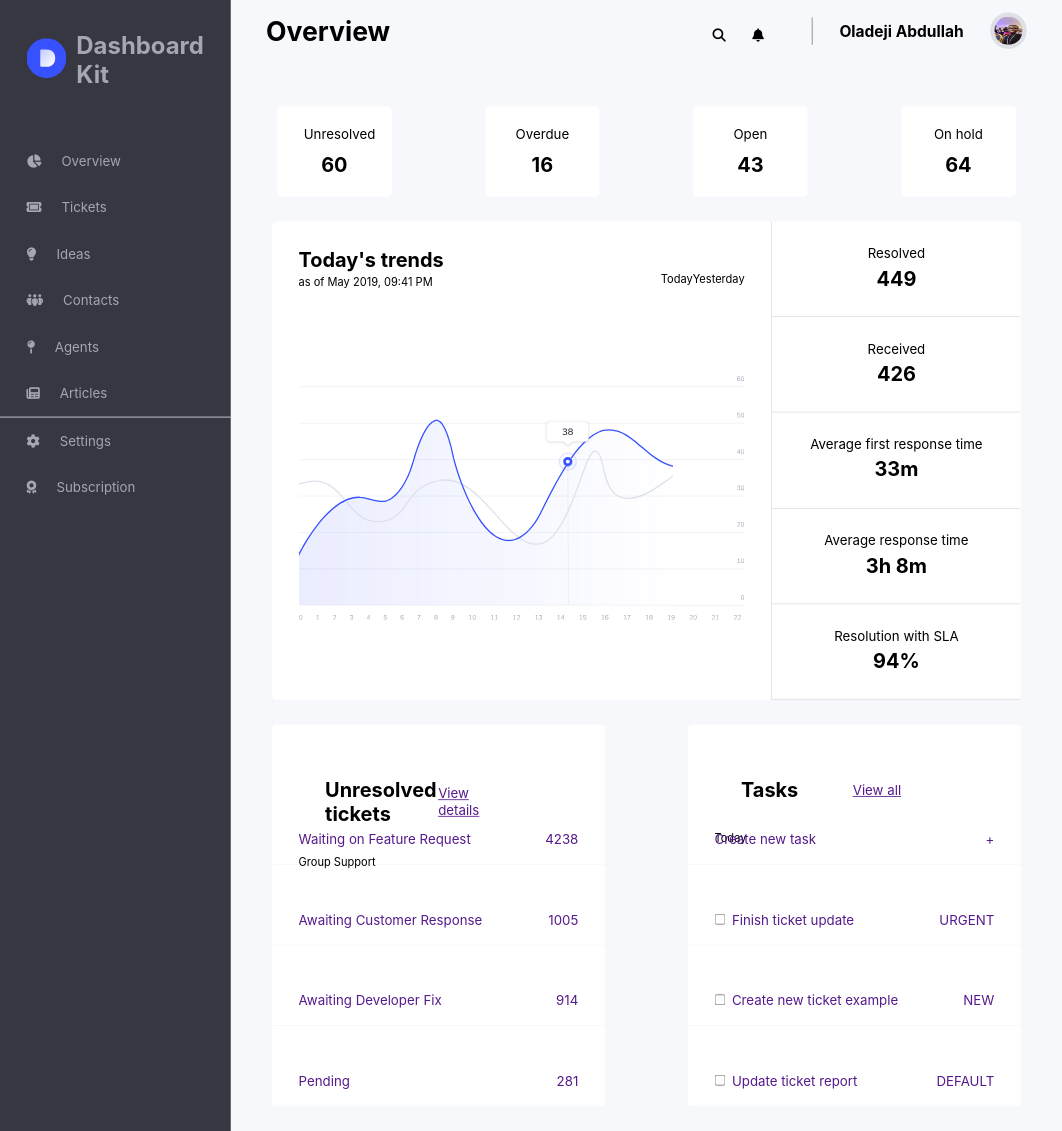
Repository: BuduCE/dashboard
Page: /
The author's editor kept a copy of each file at every save. The page is drawn from the files as they stood at one save, then again after a run of saves.
The browser window is 1280 px wide. The pictures show the whole page, at 83% of full size.
Some web libraries are served in a nearby version. The project was rebuilt for these pictures with package versions that can differ from the ones it lists, and the page was loaded fresh each time. Also part of the build but not shown: src/pages/Tickets/index.jsx, src/components/common/Logo/styles.css.

Above is the page before, as saved 2022-08-06 00:19:13.

### public/index.html
<!DOCTYPE html>
<html lang="en">
  <head>
    <meta charset="utf-8" />
    <link rel="icon" href="%PUBLIC_URL%/favicon.ico" />
    <meta name="viewport" content="width=device-width, initial-scale=1" />
    <meta name="theme-color" content="#000000" />
    <meta
      name="description"
      content="Web site created using create-react-app"
    />
    <link rel="apple-touch-icon" href="%PUBLIC_URL%/logo192.png" />
    <!--
      manifest.json provides metadata used when your web app is installed on a
      user's mobile device or desktop. See https://developers.google.com/web/fundamentals/web-app-manifest/
    -->
    <link rel="manifest" href="%PUBLIC_URL%/manifest.json" />
    <!--
      Notice the use of %PUBLIC_URL% in the tags above.
      It will be replaced with the URL of the `public` folder during the build.
      Only files inside the `public` folder can be referenced from the HTML.

      Unlike "/favicon.ico" or "favicon.ico", "%PUBLIC_URL%/favicon.ico" will
      work correctly both with client-side routing and a non-root public URL.
      Learn how to configure a non-root public URL by running `npm run build`.
    -->

    <!-- Font-Awesome  -->
    <link
      rel="stylesheet" href="https://cdnjs.cloudflare.com/ajax/libs/font-awesome/6.1.1/css/all.min.css" integrity="sha512-KfkfwYDsLkIlwQp6LFnl8zNdLGxu9YAA1QvwINks4PhcElQSvqcyVLLD9aMhXd13uQjoXtEKNosOWaZqXgel0g==" crossorigin="anonymous" referrerpolicy="no-referrer"
    />
    <title>Admin Dashboard</title>
  </head>
  <body>
    <noscript>You need to enable JavaScript to run this app.</noscript>
    <div id="root"></div>
    <!--
      This HTML file is a template.
      If you open it directly in the browser, you will see an empty page.

      You can add webfonts, meta tags, or analytics to this file.
      The build step will place the bundled scripts into the <body> tag.

      To begin the development, run `npm start` or `yarn start`.
      To create a production bundle, use `npm run build` or `yarn build`.
    -->
  </body>
</html>

### src/index.css
* {
  margin: 0;
  padding: 0;
  box-sizing: border-box;
}
body {
  margin: 0;
  font-family: -apple-system, BlinkMacSystemFont, 'Segoe UI', 'Roboto', 'Oxygen',
    'Ubuntu', 'Cantarell', 'Fira Sans', 'Droid Sans', 'Helvetica Neue',
    sans-serif;
  -webkit-font-smoothing: antialiased;
  -moz-osx-font-smoothing: grayscale;
  background: rgba(54, 55, 64, 1);
}

code {
  font-family: source-code-pro, Menlo, Monaco, Consolas, 'Courier New',
    monospace;
}

### src/App.js
import './App.css';
// import Overview from './pages/Overview';
// import Header from './components/common/Header';
import Sidenav from './components/common/SideNav';
// import Login from './pages/Login';

function App() {
  return (
    <div className="App">
      <Sidenav />
      {/* <Login /> */}
    </div>
  );
}

export default App;

### src/components/common/SideNav/index.jsx
import React from 'react'
import Overview from '../../../pages/Overview'
import Tickets from '../../../pages/Tickets'
import Header from '../Header'
import Logo from '../Logo'
import './styles.css'

const Sidenav = () => {
  return (
    <div className='dashboard'>
        <div className="navbar">
            <div className="logo">
                <Logo />
                <h1>Dashboard Kit</h1>
            </div>
            <div className="heading">
                <i className='fas fa-chart-pie'></i>
                <p>Overview</p>
            </div>
            <div className="heading">
                <i className='fas fa-ticket'></i>
                <p>Tickets</p>
            </div>
            <div className="heading">
                <i className='fas fa-lightbulb'></i>
                <p>Ideas</p>
            </div>
            <div className="heading">
                <i className='fas fa-people-group'></i>
                <p>Contacts</p>
            </div>
            <div className="heading">
                <i className='fas fa-map-pin'></i>
                <p>Agents</p>
            </div>
            <div className="heading divider">
                <i className='fas fa-newspaper'></i>
                <p>Articles</p>
            </div>
            <div className="heading">
                <i className='fas fa-gear'></i>
                <p>Settings</p>
            </div>
            <div className="heading">
                <i className='fas fa-award'></i>
                <p>Subscription</p>
            </div>

        </div>
        <div className="info">
            {/* <Header /> */}
            <Overview />
            {/* <Tickets /> */}
        </div>
    </div>
  )
}

export default Sidenav

### src/pages/Overview/index.jsx
import React from 'react'
import './styles.css'
import TrendMap from './graph.svg'
import Header from '../../components/common/Header'

const Overview = () => {
  return (
    <>
        <Header />
        <div className='overview_pg'>
            {/* Specific status */}
            <div className="overview_stat">
                <div className="overview_info">
                    <p>Unresolved</p>
                    <h2>60</h2>
                </div>
                <div className="overview_info">
                    <p>Overdue</p>
                    <h2>16</h2>
                </div>
                <div className="overview_info">
                    <p>Open</p>
                    <h2>43</h2>
                </div>
                <div className="overview_info">
                    <p>On hold</p>
                    <h2>64</h2>
                </div>
            </div>

            {/* Today's trend */}
            <div className="trends">
                <div className="trends_head">
                    <div className="trends_headT">
                        <div className="trend_title">
                            <h2>Today's trends</h2>
                        </div>
                        <div className="trend_title_stat">
                            <div className="trend_date">
                                <small>as of May 2019, 09:41 PM</small>
                            </div>
                            <div className="trend_day">
                                <small>Today</small>
                                <small>Yesterday</small>
                            </div>
                        </div>
                    </div>

                    <div className="trends_headB">
                        <img src={TrendMap} alt="Trend Chart" />
                    </div>
                </div>

                <div className="trends_summary">
                    <div className="summary_type">
                        <p>Resolved</p>
                        <h2>449</h2>
                    </div>
                    <div className="summary_type">
                        <p>Received</p>
                        <h2>426</h2>
                    </div>
                    <div className="summary_type">
                        <p>Average first response time</p>
                        <h2>33m</h2>
                    </div>
                    <div className="summary_type">
                        <p>Average response time</p>
                        <h2>3h 8m</h2>
                    </div>
                    <div className="summary_type">
                        <p>Resolution with SLA</p>
                        <h2>94%</h2>
                    </div>
                </div>
            </div>

            <div className="ticket_n_task">
                <div className="ticket">
                    <div className="ticket_head">
                        <div className="ticket_title">
                            <h2>Unresolved tickets</h2>
                            <a href="">View details</a>
                        </div>
                        <small>Group Support</small>
                    </div>
                    <div className="ticket_list">
                        <a href="">
                            <p>Waiting on Feature Request</p>
                            <p>4238</p>
                        </a>
                        <a href="">
                            <p>Awaiting Customer Response</p>
                            <p>1005</p>
                        </a>
                        <a href="">
                            <p>Awaiting Developer Fix</p>
                            <p>914</p>
                        </a>
                        <a href="">
                            <p>Pending</p>
                            <p>281</p>
                        </a>
                    </div>
                </div>

                <div className="task">
                    <div className="ticket_head">
                        <div className="ticket_title">
                            <h2>Tasks</h2>
                            <a href="">View all</a>
                        </div>
                        <small>Today</small>
                    </div>

                    <div className="ticket_list">
                        <a href="">
                            <p>Create new task</p>
                            <p>+</p>
                        </a>
                        <a href="">
                            <div className='task_todo'>
                                <input type="checkbox" name="" id="" />
                                <label htmlFor="">Finish ticket update</label>
                            </div>

                            <p>URGENT</p>
                        </a>
                        <a href="">
                            <div className='task_todo'>
                                <input type="checkbox" name="" id="" />
                                <label htmlFor="">Create new ticket example</label>
                            </div>

                            <p>NEW</p>
                        </a>
                        <a href="">
                            <div className='task_todo'>
                                <input type="checkbox" name="" id="check" />
                                <label htmlFor="">Update ticket report</label>
                            </div>

                            <p>DEFAULT</p>
                        </a>
                    </div>
                </div>
            </div>
        </div>
    </>
  )
}

export default Overview

### src/components/common/Header/index.jsx
import React from 'react'
import './styles.css'
import budu from './budu.jpg'

const Header = () => {
  return (
    <div className='head_er'>
        <div className="headerL">
            <h1>Overview</h1>
        </div>
        <div className="headerR">
            <i className='fas fa-magnifying-glass icon'></i>
            <i className='fas fa-bell icon bell'></i>
            <h3>Oladeji Abdullah</h3>
            <img src={budu} alt="" />
        </div>
    </div>
  )
}

export default Header

### src/components/common/Logo/index.jsx
import React from 'react'
import companyLogo from './logo.svg'
import './styles.css'

const Logo = () => {
  return (
    <div className='logo_icon'>
        <img src={companyLogo} alt="" />
    </div>
  )
}

export default Logo

### src/components/common/SideNav/styles.css
.dashboard{
    display: grid;
    grid-template-columns: 1fr 5fr;
}
.navbar{
    padding: 37px 0;
    color: #A4A6B3;
}
.logo{
    display: flex;
    padding: 0 32px;
    padding-bottom: 59px;
    align-items: center;
}
.logo h1{
    margin-left: 12px;
    font-size: 1.8rem;
}
.heading{
    width: 100%;
    display: flex;
    padding: 18px 32px;
    align-items: center;
}
.heading p{
    margin-left: 24px;
}
.heading:hover{
    border-left: 1px solid #DDE2FF;
    color: #DDE2FF;
}
.info{
    background: #F7F8FC;
    /* height: 100vh; */
}
.divider{
    border-bottom: 1px solid #DFE0EB;
}

### src/pages/Overview/styles.css
.overview_pg{
    margin-top: 54px;
}
.overview_stat{
    display: grid;
    grid-template-columns: 1fr 1fr 1fr 1fr;
    /* justify-content: space-evenly; */
    width: 100%;
}
.overview_info{
    display: flex;
    flex-direction: column;
    text-align: center;
    /* border: 1px solid; */
    border-radius: 5px;
    padding: 24px 32px;
    background: #fff;
    box-shadow: 15px;
    width: 55%;
    margin: auto;
}
.overview_info:hover{
    color: blue;
    border: 1px blue solid;
}
.overview_info p{
    padding-bottom: 12px;
}

/* trend  */
.trends{
    width: 90%;
    background: #fff;
    margin: auto;
    border-radius: 5px;
    height: 80vh;
    margin-top: 30px;
    display: grid;
    grid-template-columns: 2fr 1fr;
    margin-top: 30px;
}
.trends_head{
    padding: 32px;
}
.trend_title_stat{
    display: flex;
    justify-content: space-between;
}
.trend_day{
    display: flex;
    justify-content: space-evenly;
}
.trends_headB img{
    width: 100%;
    margin-top: 54px;
    height: 55vh;
}

/* summary  */
.trends_summary{
    display: grid;
    grid-template-rows: 1fr 1fr 1fr 1fr 1fr;
}
.summary_type{
    padding: 28px;
    border-left: 1px solid #dfe0e5;
    border-bottom: 1px solid #dfe0e5;
    text-align: center;
}
.summary_type p{
    margin-bottom: 6px;
}

/* Tickets */
.ticket_n_task{
    display: grid;
    grid-template-columns: 1fr 1fr;
    width: 90%;
    margin: auto;
    margin-top: 30px;
    margin-bottom: 30px;
}
.ticket{
    margin-right: 50px;
}
.task{
    margin-left: 50px;
}
.ticket,.task{
    border-radius: 5px;
    background: #fff;
}
.ticket_head{
    padding: 32px;
    margin-bottom: 8px;
    width: 80%;
    height: 10vh;
}
.ticket_title{
    display: flex;
    justify-content: space-between;
    align-items: center;
}
.ticket_list a{
    text-decoration: none;
    display: flex;
    justify-content: space-between;
    align-items: center;
    padding: 20px 32px;
    border-bottom: 1px solid #F7F8FC;
    margin-top: 36px;
    align-items: center;
}
.task_todo{
    align-items: center;
}
.task_todo label{
    margin-left: 8px;
}

### src/pages/Tickets/styles.css
.ticket_pg{
    background: #fff;
    border-radius: 5px;
    height: 96vh;
    width: 95%;
    margin: auto;
    margin-top: 54px;
}
.ticket_title{
    display: flex;
    justify-content: space-between;
    padding: 32px;
}
.titleR, .titleR_icon{
    display: flex;
    justify-content: space-between;
    align-items: center;
    margin-left: 32px;
}
.titleR_icon p{
    margin-left: 8px;
}
/* .tab_head{
    display: grid;
    grid-template-columns: 3fr 2fr 2fr 1fr;
    margin: auto;
    padding: 0 77px 12px 31px;
    border-bottom: 1px solid #dfe0e5;
} */
.tab_info{
    display: grid;
    grid-template-columns: 3fr 2fr 2fr 1fr;
    margin: auto;
    padding: 24px 31px;
    border-bottom: 1px solid #dfe0e5;
}
.tab_info:hover{
    background: #F7F8FC;
}
.info_title{
    display: grid;
    grid-template-columns: 1fr 7fr;
}
.info_title img{
    width: 44px;
    height: 44px;
    border: 5px solid #dfe0e5;
    border-radius: 50%;
}
.ticket_tab{
    margin: auto;
}
.info_status{
    display: flex;
    /* grid-template-columns: 1fr 1fr; */
    justify-content: space-between;
    align-items: center;
}
.info_status button{
    padding: 5px 20px;
    border-radius: 40%;
    background: red;
    color: #fff;
    border: none;
}

### src/components/common/Header/styles.css
.head_er{
    display: flex;
    justify-content: space-between;
    width: 100%;
    height: 10vh;
    padding: 37px 43px;
    align-items: center;
}
.headerR{
    display: flex;
    justify-content: space-between;
    align-items: center;
}
.icon{
    width: 16px;
    height: 16px;
    padding: 5px 24px;
}
.bell{
    padding-right: 72px;
}
.headerR h3{
    padding: 5px 32px;
    border-left: 1px solid grey;
}
.headerR img{
    width: 44px;
    height: 44px;
    border-radius: 50%;
    border: 5px solid #dfe0e5;
}

Loaded but not shown: src/index.js (common file); src/reportWebVitals.js (common file); src/App.css (common file)

After the next 2 saves:
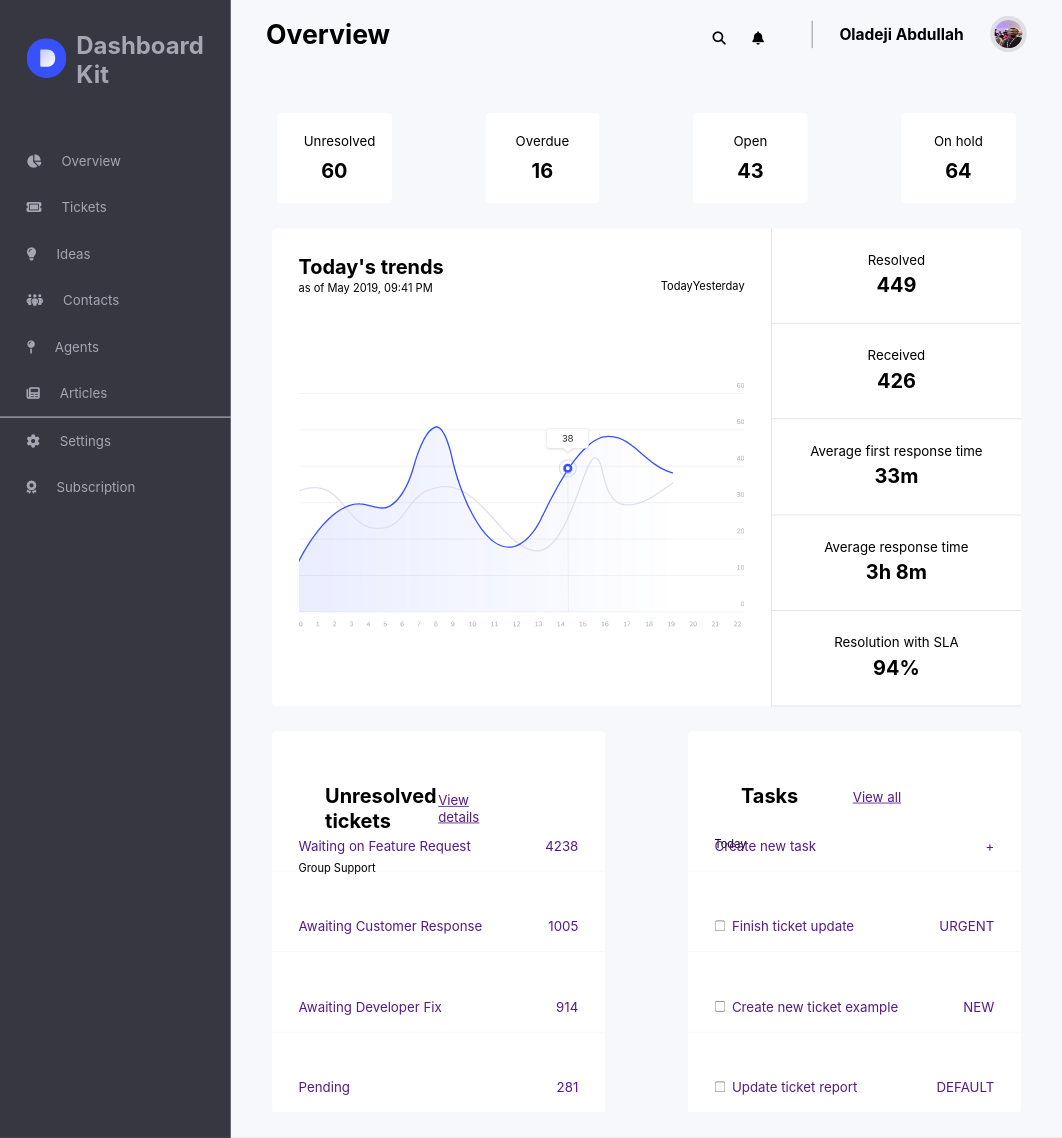
The 2 saves are shown as one change because they came seconds apart.
The last was saved 58 s later.
--- a/src/components/common/Header/styles.css
+++ b/src/components/common/Header/styles.css
@@ -3,7 +3,7 @@
     justify-content: space-between;
     width: 100%;
     height: 10vh;
-    padding: 37px 43px;
+    padding: 41px 43px;
     align-items: center;
 }
 .headerR{
